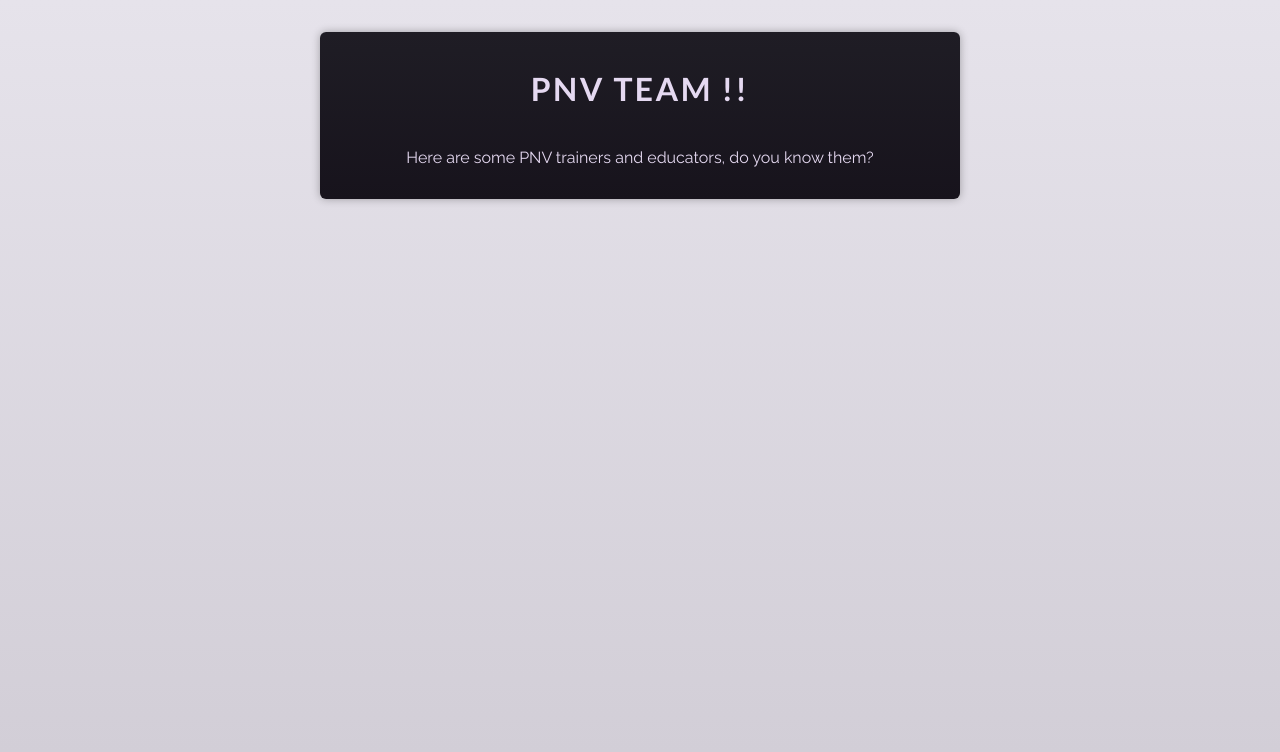
Repository: SoutPanhavon168/S2---PRACTICE---Props---List-display
Page: / (app in exercise-3/)
These files come from the project's save history. The page is drawn as it stood at one moment and after the next save; the edit follows.
The browser window is 1280 px wide. The pictures show the whole page.
The project was rebuilt for these pictures with package versions that can differ from the ones it lists, and the page was loaded fresh each time. Also part of the build but not shown: exercise-3/vite.config.js.

Above is the page before, as saved 2025-02-27 14:16:19.

After the next save:
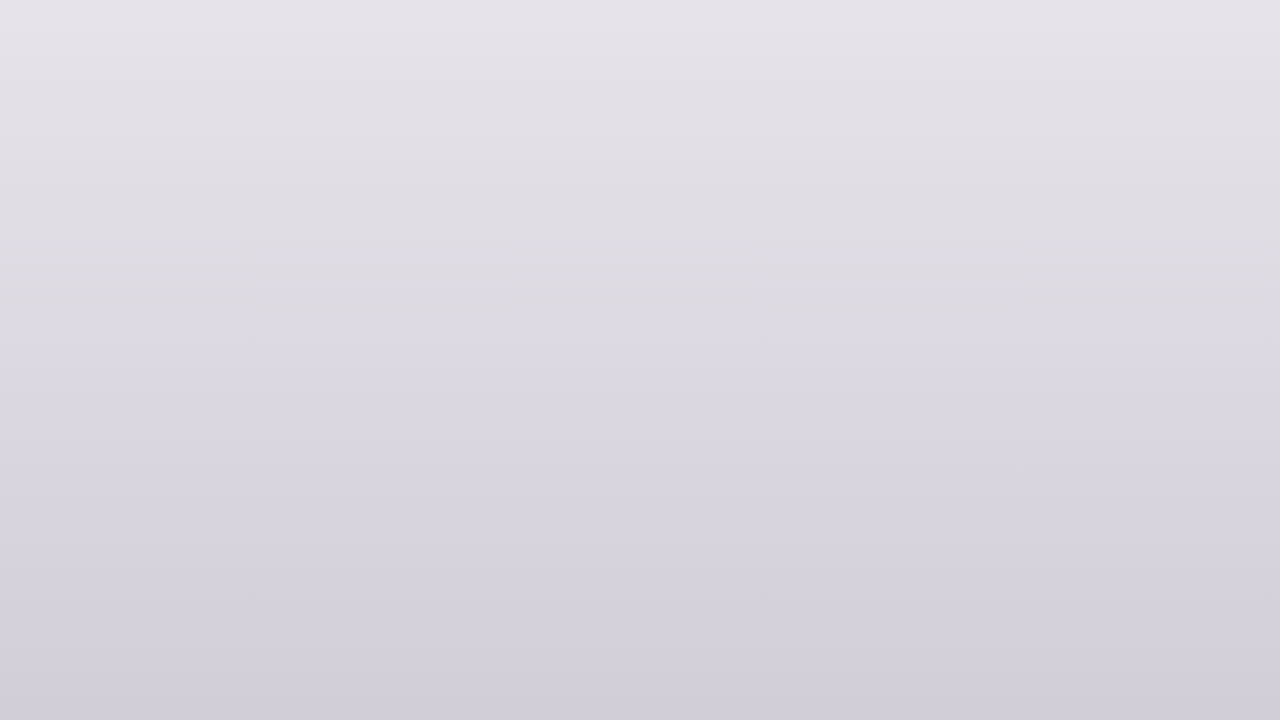
Console error: TypeError: undefined is not a function
Saved 11 s later.
--- a/exercise-3/src/App.jsx
+++ b/exercise-3/src/App.jsx
@@ -19,7 +19,7 @@ function App() {
       <h1>PNV Team !!</h1>
       <p>Here are some PNV trainers and educators, do you know them?</p>
       {
-
+          ALL_PNV_TEACHERS.map()
       }
 
 
